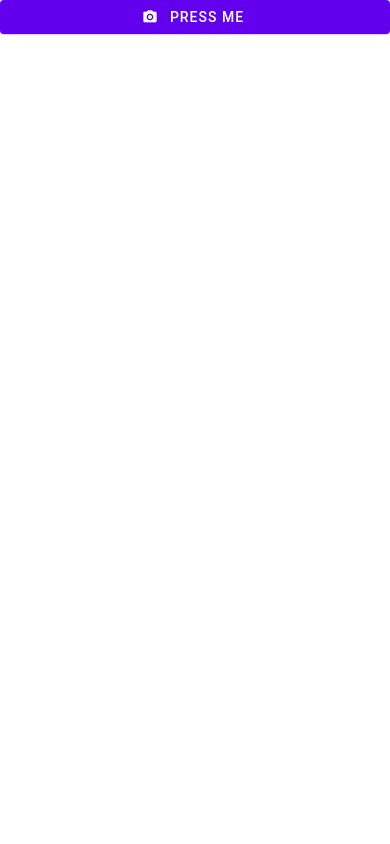
Repository: pascalgrim/GymTracker
Screen: /
An editor plug-in stored every save of this project. The screen is shown before and after a run of saves, followed by the edit.
The app was drawn by React Native's web renderer in a window 390 px wide. The project was rebuilt for these pictures with package versions that can differ from the ones it lists, and the page was loaded fresh each time. Also part of the build but not shown: components/menuCard.js, components/Dashboard.js, firebase.js, context/AuthContext.js.

Above is the screen before, as saved 2021-11-04 21:12:01.

After the next 3 saves:
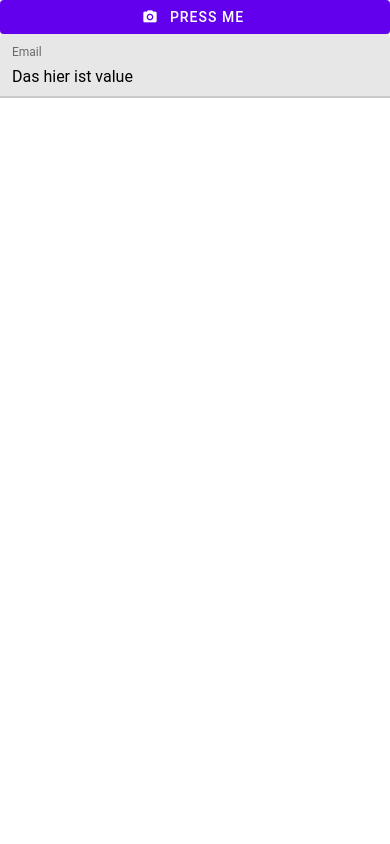
The 3 saves are shown as one change because 2 did not build or start.
The last was saved 2 min 5 s later.
--- a/components/Signup.js
+++ b/components/Signup.js
@@ -1,5 +1,5 @@
 import React from 'react'
-import {Card, Button,TextField,Alert} from 'react-native-paper';
+import {Card, Button,TextInput} from 'react-native-paper';
 import { useRef ,useState} from 'react'
 import { Link,Route,BrowserRouter as Router,Routes } from 'react-router-dom';
 // import Button from '@mui/material/Button';
@@ -40,7 +40,10 @@ export default function Signup() {
         <Button dark={true} icon="camera" mode="contained" onPress={() => console.log('Pressed')}>
     Press me
   </Button>
-
+  <TextInput
+      label="Email"
+      value={"Das hier ist value"}
+    />
 
         </div>
 
